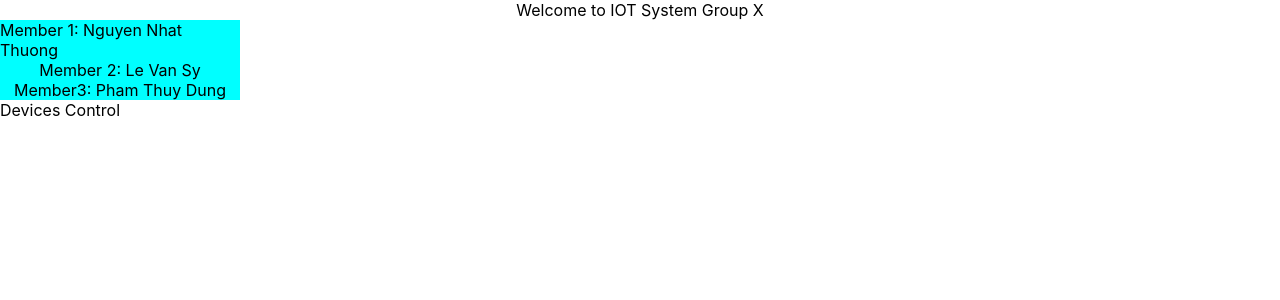
Repository: ngnhthuong/IOT_LAB
Page: /
The author's editor kept a copy of each file at every save. The page is drawn from the files as they stood at one save, then again after the next save.
The browser window is 1280 px wide. The pictures show the whole page.
The project was rebuilt for these pictures with package versions that can differ from the ones it lists, and the page was loaded fresh each time.

Above is the page before, as saved 2024-04-23 14:34:14.

After the next save:
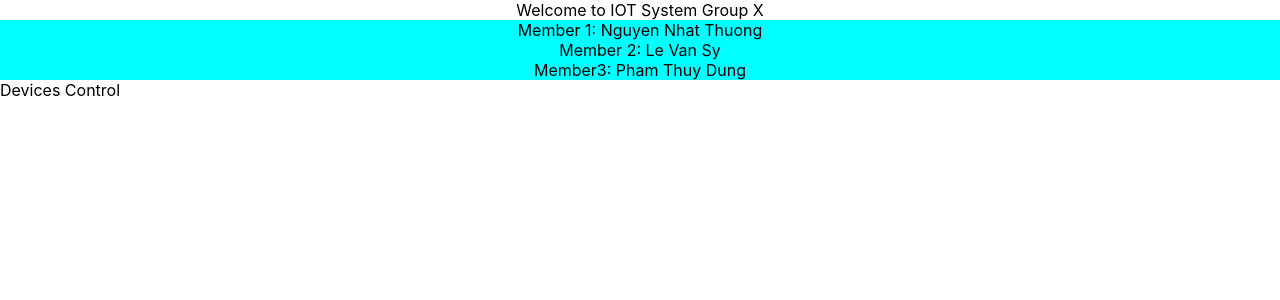
Saved 5 s later.
--- a/src/App.css
+++ b/src/App.css
@@ -19,7 +19,6 @@
   flex-direction: column;
   background-color: aqua;
   align-items: center;
-  width: 15rem;
 }
 
 .member{
